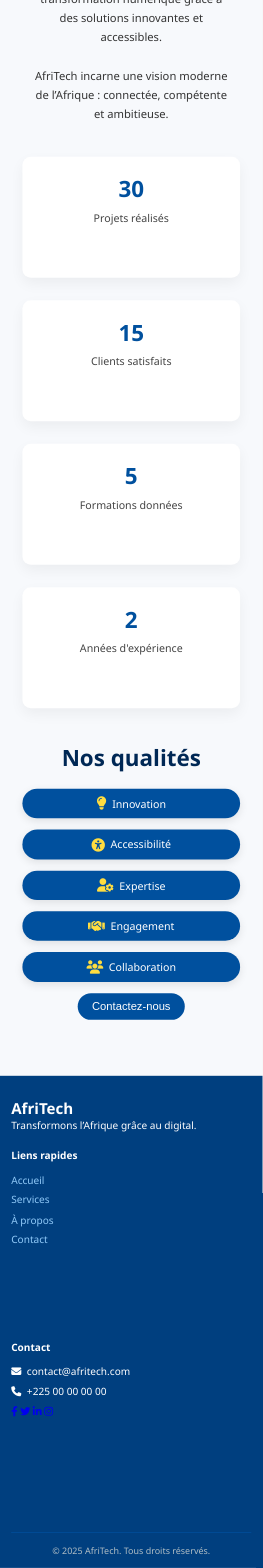
Repository: prestige225/AFRITECH
Page: index.html
An editor plug-in stored every save of this project. The page is shown before and after the next save, followed by the edit.
The browser window is 375 px wide. The pictures show the part of the page from y = 3377 to 5617 px (the page is 5617 px tall before and 5530 px after), at 70% of full size.

Above is the page before, as saved 2025-07-16 03:56:19.

After the next save:
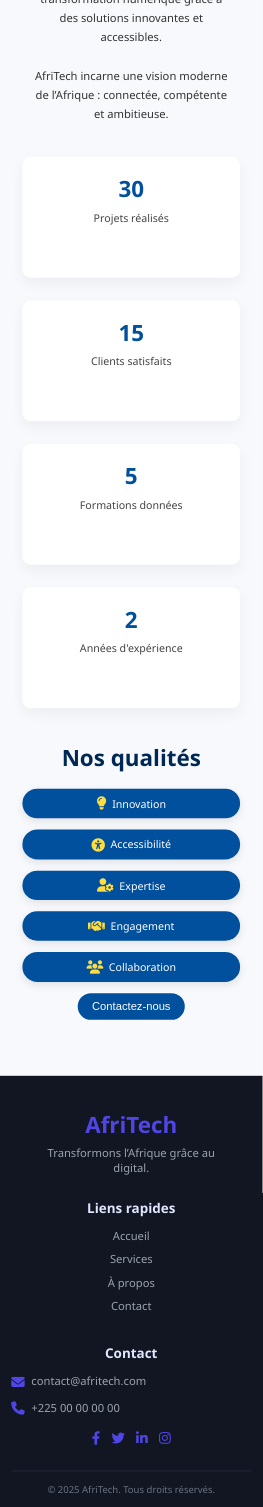
Saved 25 s later.
--- a/style.css
+++ b/style.css
@@ -592,11 +592,11 @@ button.btn:hover {
   }
 }
 
-footer {
-  background-color: #003f7f;
-  color: #fff;
-  padding: 2rem 1rem 1rem;
-  font-size: 0.9rem;
+.footer {
+  background: #121623;
+  color: #d1d5db;
+  padding: 3rem 1rem 1rem;
+  font-family: 'Segoe UI', Tahoma, Geneva, Verdana, sans-serif;
 }
 
 .footer-container {
@@ -604,21 +604,34 @@ footer {
   margin: 0 auto;
   display: flex;
   flex-wrap: wrap;
-  gap: 2rem;
+  gap: 3rem;
   justify-content: space-between;
 }
 
-.footer-about,
+.footer-brand h2 {
+  font-size: 2rem;
+  color: #4f46e5; /* violet doux */
+  margin-bottom: 0.5rem;
+  font-weight: 700;
+}
+
+.footer-brand p {
+  font-size: 1rem;
+  color: #9ca3af;
+  max-width: 250px;
+}
+
 .footer-links,
 .footer-contact {
-  flex: 1 1 250px;
-}
-
-.footer-about h3,
+  flex: 1 1 220px;
+}
+
 .footer-links h4,
 .footer-contact h4 {
+  font-size: 1.2rem;
+  color: #e0e7ff;
   margin-bottom: 1rem;
-  font-weight: 700;
+  font-weight: 600;
 }
 
 .footer-links ul {
@@ -627,39 +640,78 @@ footer {
 }
 
 .footer-links ul li {
-  margin-bottom: 0.6rem;
+  margin-bottom: 0.7rem;
 }
 
 .footer-links ul li a {
-  color: #90caf9;
+  color: #9ca3af;
   text-decoration: none;
   transition: color 0.3s ease;
+  font-weight: 500;
 }
 
 .footer-links ul li a:hover {
-  color: #fff;
+  color: #4f46e5;
 }
 
 .footer-contact p {
-  margin-bottom: 0.6rem;
   display: flex;
   align-items: center;
-  gap: 0.5rem;
-}
-
+  gap: 0.6rem;
+  margin-bottom: 1rem;
+  font-weight: 500;
+  color: #9ca3af;
+}
+
+.footer-contact i {
+  color: #4f46e5;
+  font-size: 1.2rem;
+}
+
+.social-icons {
+  display: flex;
+  gap: 1rem;
+  margin-top: 0.5rem;
+}
+
+.social-icons a {
+  color: #9ca3af;
+  font-size: 1.4rem;
+  transition: color 0.3s ease;
+}
+
+.social-icons a:hover {
+  color: #4f46e5;
+}
+
+/* Footer bas */
 .footer-bottom {
+  margin-top: 2rem;
   text-align: center;
-  margin-top: 1.5rem;
-  border-top: 1px solid #00509e;
+  border-top: 1px solid #2e2e48;
   padding-top: 1rem;
-  font-size: 0.8rem;
-  color: #b0bec5;
+  font-size: 0.85rem;
+  color: #6b7280;
 }
 
 /* Responsive */
-@media (max-width: 600px) {
+@media (max-width: 768px) {
   .footer-container {
     flex-direction: column;
-    gap: 1.5rem;
-  }
-}
+    gap: 2rem;
+    text-align: center;
+  }
+
+  .footer-brand p {
+    margin: 0 auto;
+  }
+
+  .footer-links,
+  .footer-contact {
+    flex: unset;
+  }
+
+  .social-icons {
+    justify-content: center;
+  }
+}
